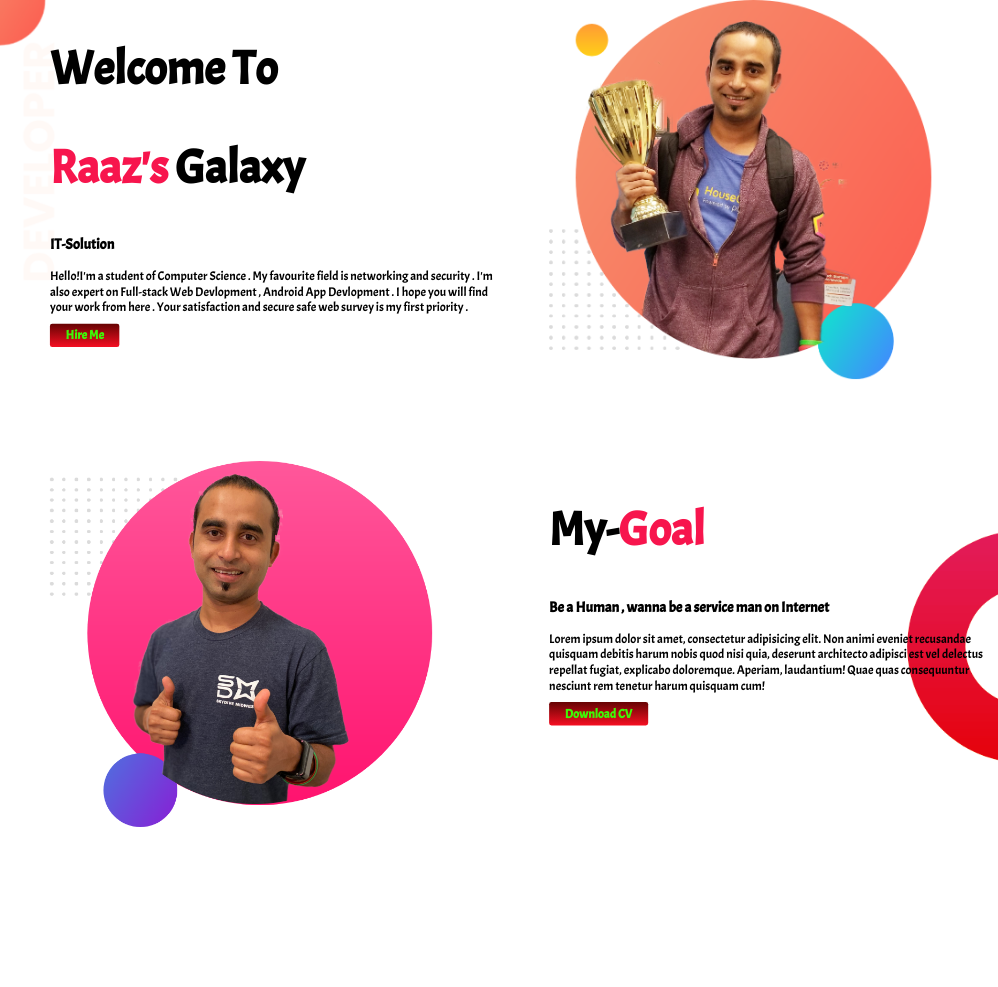
Repository: ramizraaz/my-portfolio
Page: about.html
These files come from the project's save history. The page is drawn as it stood at one moment and after the next save; the edit follows.
The browser window is 1280 px wide. The pictures show the whole page, at 78% of full size.

Above is the page before, as saved 2022-01-18 15:29:53.

### about.html
<!DOCTYPE html>
<html lang="en">

<head>
    <meta charset="UTF-8">
    <meta http-equiv="X-UA-Compatible" content="IE=edge">
    <meta name="viewport" content="width=device-width, initial-scale=1.0">
    <title>Raaz Portfolio</title>
    <link rel="preconnect" href="https://fonts.googleapis.com">
    <link rel="preconnect" href="https://fonts.gstatic.com" crossorigin>
    <link href="https://fonts.googleapis.com/css2?family=Acme&family=Lobster&family=Permanent+Marker&display=swap" rel="stylesheet">
    <link rel="stylesheet" href="design.css">
</head>

<body>
    <section class="top">
        <div class="content">
            <h1>Welcome To</h1>
            <h1><span> Raaz's </span>Galaxy</h1>
            <h3>IT-Solution</h3>
            <p>Hello!I'm a student of Computer Science . My favourite field is networking and security . I'm also expert on Full-stack Web Devlopment , Android App Devlopment . I hope you will find your work from here . Your satisfaction and secure safe
                web survey is my first priority .</p>
            <a class="link-button" href="" target="_blank">Hire Me</a>
        </div>
        <div class="content">
            <img src="images/jhankar.png" alt="Personal Profile">
        </div>
    </section>
    <section class="middle">
        <div class="content">
            <img src="images/jhankar2.png" alt="Personal Profile">
        </div>
        <div class="content">
            <h1>My-<span id="middHeadder">Goal</span></h1>
            <h3>Be a Human , wanna be a service man on Internet</h3>
            <p>Lorem ipsum dolor sit amet, consectetur adipisicing elit. Non animi eveniet recusandae quisquam debitis harum nobis quod nisi quia, deserunt architecto adipisci est vel delectus repellat fugiat, explicabo doloremque. Aperiam, laudantium! Quae
                quas consequuntur nesciunt rem tenetur harum quisquam cum!</p>
            <a class="link-button" href="" target="_blank">Download CV</a>
        </div>
    </section>
    <section class="bottom">
        <div class="content">
        </div>
        <div class="content"></div>
    </section>
</body>

</html>

### design.css
body {
    font-family: 'Acme', sans-serif;
    margin: 0;
}

h1 {
    font-size: 60px;
}

span {
    color: rgb(247, 21, 77);
}

section {
    display: flex;
    /* Using this attribute for show photo and content flexible left right part */
    margin-bottom: 100px;
}

.content {
    width: 50%;
    /*to make 2 div 50//50 size*/
    padding-left: 5%;
}

.content img {
    width: 85%;
    /*adjusting image*/
}

.link-button {
    text-decoration: none;
    background-image: linear-gradient(rgb(102, 3, 3), #f50f22);
    padding: 5px 20px;
    border-radius: 3px;
    font-weight: 800;
    color: rgb(63, 247, 7);
}

.top {
    background-image: url(images/top-banner.png);
    background-repeat: no-repeat;
}

.middle {
    background-image: url(images/dream-bg.png);
    background-repeat: no-repeat;
    background-position: right;
}

.middHeadder {
    color: crimson;
}

After the next save:
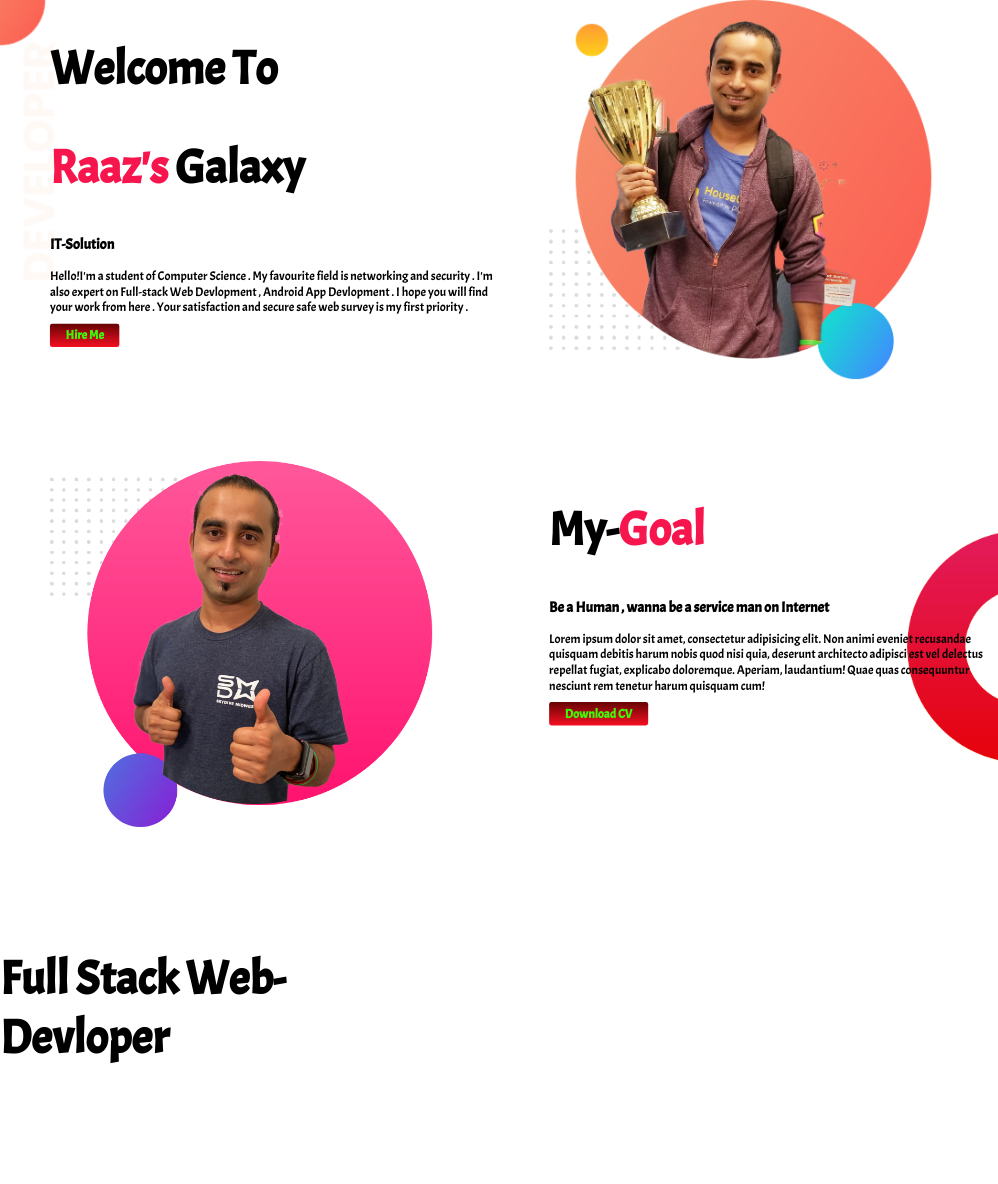
Saved 99 s later.
--- a/about.html
+++ b/about.html
@@ -39,7 +39,8 @@
         </div>
     </section>
     <section class="bottom">
-        <div class="content">
+        <div class="">
+            <h1>Full Stack Web-Devloper</h1>
         </div>
         <div class="content"></div>
     </section>
